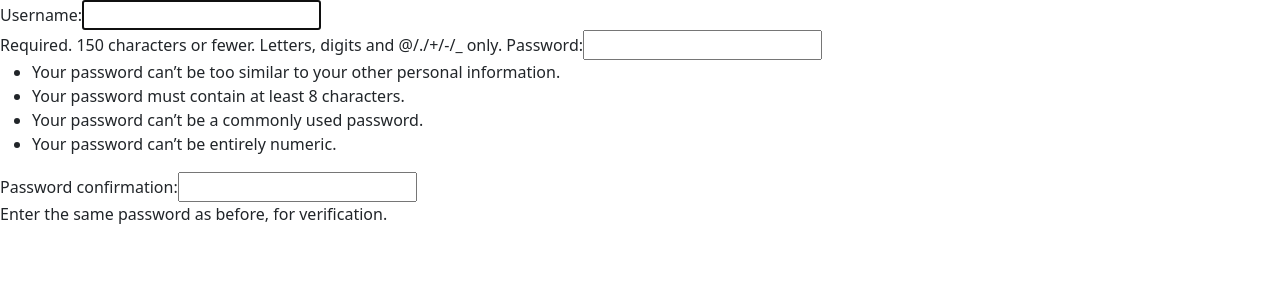
Repository: Ndifoinhilary/django_referrals_system
Page: http://localhost/signup/
These files come from the project's save history. The page is drawn as it stood at one moment and after the next save; the edit follows.
The browser window is 1280 px wide. The pictures show the whole page.
The page is served by the project's application, run on Django 3.2 (manage.py).

Above is the page before, as saved 2024-01-09 23:13:49.

After the next save:
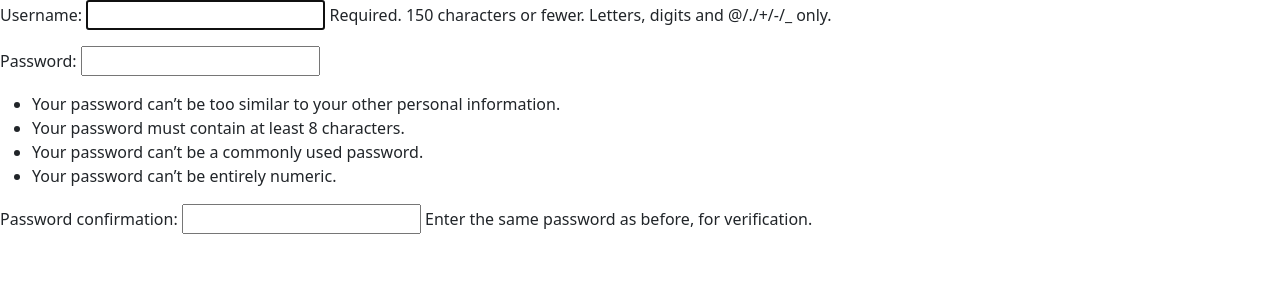
Saved 20 s later.
--- a/referrals/templates/signup.html
+++ b/referrals/templates/signup.html
@@ -5,6 +5,6 @@
 {% block content %}
   <form action="" method="post">
     {% csrf_token %}
-    {{form}}
+    {{form.as_p}}
   </form>
 {% endblock content %}
